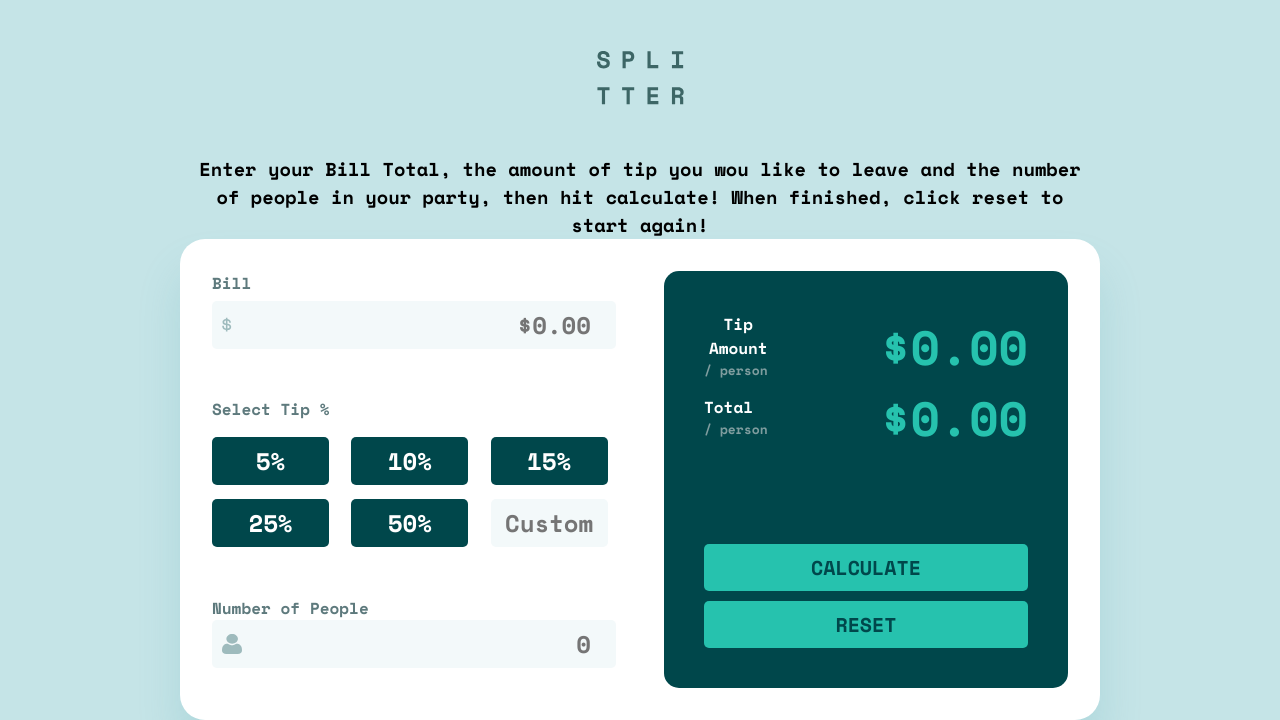
Repository: brandontaylor1/splitter
Page: index.html
An editor plug-in stored every save of this project. The page is shown before and after the next save, followed by the edit.
The browser window is 1280 px wide. The pictures show the whole page.

Above is the page before, as saved 2025-02-07 14:07:43.

After the next save:
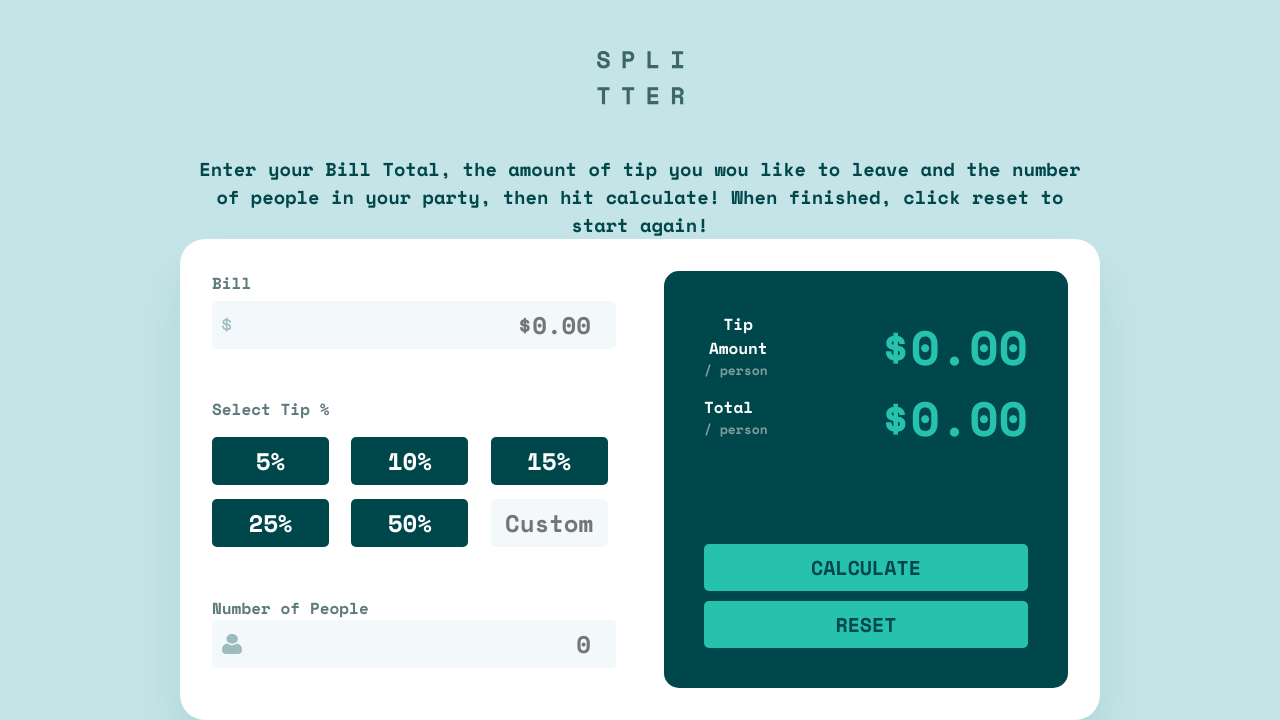
Saved 9 s later.
--- a/styles.css
+++ b/styles.css
@@ -60,7 +60,7 @@ body {
 h3 {
     width: 70%;
     text-align: center;
-    color: #
+    color: #00474B
 }
 
 .container {
